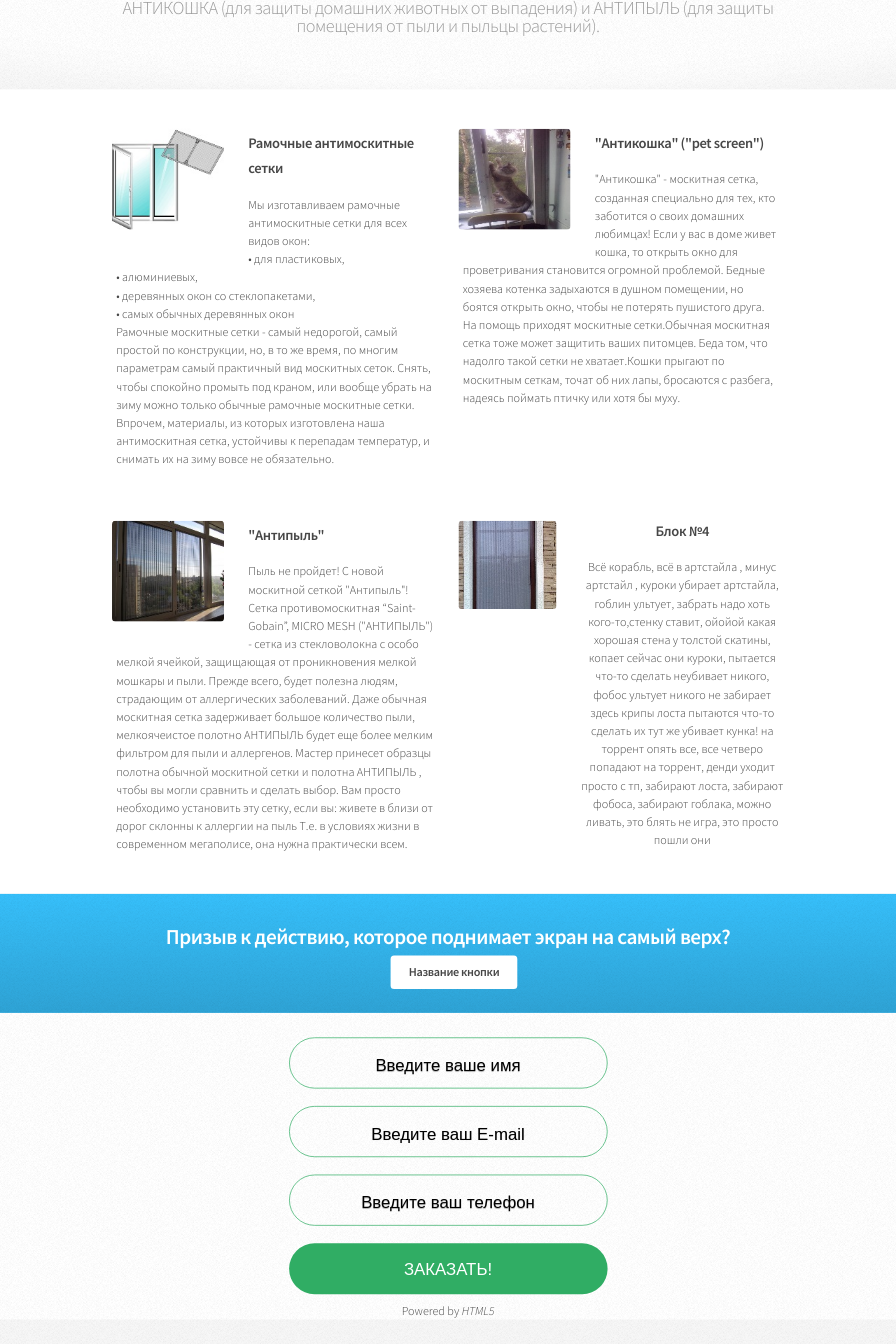
Repository: Dovislive/moskit
Page: index.html
The author's editor kept a record of every edit. The page is drawn from the files as they stood at one moment, then again after the next edit.
The browser window is 1280 px wide. The pictures show the part of the page from y = 1070 to 2990 px (the page is 2990 px tall), at 70% of full size.

Above is the page before.

### index.html
<!DOCTYPE HTML>
<!--
	Arcana by HTML5 UP
	html5up.net | @ajlkn
	Free for personal and commercial use under the CCA 3.0 license (html5up.net/license)
-->
<html>
	<head>
		<title>Купить москитные сетки в Астрахани</title>
		<meta charset="utf-8" />
		<meta name="viewport" content="width=device-width, initial-scale=1" />
		<!--[if lte IE 8]><script src="assets/js/ie/html5shiv.js"></script><![endif]-->
		<link rel="stylesheet" href="assets/css/main.css" />
		<!--[if lte IE 8]><link rel="stylesheet" href="assets/css/ie8.css" /><![endif]-->
		<!--[if lte IE 9]><link rel="stylesheet" href="assets/css/ie9.css" /><![endif]-->
	</head>
	<body>
		<div id="page-wrapper">

			<!-- Header -->
				<div id="header">

					<!-- Logo -->
						<h1><a href="index.html" id="logo">Москитные сетки <em>Купить в Астрахани</em></a></h1>

					<!-- Nav -->


			<!-- Banner -->
				<section id="banner">
					<header>
						<h2>Вы моежет заказать замер сеток прямо сейчас!</h2>
						<a href="#app" class="button">Заказать</a>
					</header>
				</section>

			<!-- Highlights -->
				<section class="wrapper style1">
					<div class="container">
						<div class="row 200%">
							<section class="4u 12u(narrower)">
								<div class="box highlight">
									<i class="icon major fa-paper-plane"></i>
									<h3>Большой ассортимент</h3>
									<p>Мы имеем в наличии 4 разных вида москитных сеток. Отличающихся по качеству и ценовой категории.</p>
								</div>
							</section>
							<section class="4u 12u(narrower)">
								<div class="box highlight">
									<i class="icon major fa-pencil"></i>
									<h3>Моментальный прием заказа</h3>
									<p>Мы перезвоним вам в течении первых 10 минут с момента отправки заявки, проведем бесплатную консультацию по выбору подходящего размера и типа сетки.</p>
								</div>
							</section>
							<section class="4u 12u(narrower)">
								<div class="box highlight">
									<i class="icon major fa-wrench"></i>
									<h3>Установка в день заказа</h3>
									<p>Производим установку в день оплаты заказа, в любое удобное для вас время!</p>
								</div>
							</section>
						</div>
					</div>
				</section>

			<!-- Gigantic Heading -->
				<section class="wrapper style2">
					<div class="container">
						<header class="major">
							<h2>В наличии два новых вида москитных сеток!</h2>
							<p>АНТИКОШКА (для защиты домашних животных от выпадения) и АНТИПЫЛЬ (для защиты помещения от пыли и пыльцы растений).</p>
						</header>
					</div>
				</section>

			<!-- Posts -->
				<section class="wrapper style1">
					<div class="container">
						<div class="row">
							<section class="6u 12u(narrower)">

									<a class="image left"><img src="images/pic01.jpg" alt="Рамочные антимоскитные сетки" /></a>
									<div class="boxes">
										<h3>Рамочные антимоскитные сетки</h3>
										<p>Мы изготавливаем рамочные антимоскитные сетки для всех видов окон:<br>
• для пластиковых, <br>
• алюминиевых, <br>
• деревянных окон со стеклопакетами,<br>
• самых обычных деревянных окон<br>
Рамочные москитные сетки - самый недорогой, самый простой по конструкции, но, в то же время, по многим параметрам самый практичный вид москитных сеток. Снять, чтобы спокойно промыть под краном, или вообще убрать на зиму можно только обычные рамочные москитные сетки. Впрочем, материалы, из которых изготовлена наша антимоскитная сетка, устойчивы к перепадам температур, и снимать их на зиму вовсе не обязательно.</p>
									</div>

							</section>
							<section class="6u 12u(narrower)">

									<a class="image left"><img src="images/pic02.jpg" alt=""Антикошка" ("pet screen")" /></a>
									<div class="boxes">
										<h3>"Антикошка" ("pet screen")</h3>
										<p>"Антикошка" - москитная сетка, созданная специально для тех, кто заботится о своих домашних любимцах! Если у вас в доме живет кошка, то открыть окно для проветривания становится огромной проблемой. Бедные хозяева котенка задыхаются в душном помещении, но боятся открыть окно, чтобы не потерять пушистого друга. На помощь приходят москитные сетки.Обычная москитная сетка тоже может защитить ваших питомцев. Беда том, что надолго такой сетки не хватает.Кошки прыгают по москитным сеткам, точат об них лапы, бросаются с разбега, надеясь поймать птичку или хотя бы муху.</p>
									</div>

							</section>
						</div>
						<div class="row">
							<section class="6u 12u(narrower)">

									<a class="image left"><img src="images/pic03.jpg" alt="Антипыль" /></a>
									<div class="boxes">
										<h3>"Антипыль"</h3>
										<p>Пыль не пройдет! С новой москитной сеткой "Антипыль"!<br>
Сетка противомоскитная “Saint-Gobain”, MICRO MESH ("АНТИПЫЛЬ") - сетка из стекловолокна с особо мелкой ячейкой, защищающая от проникновения мелкой мошкары и пыли.
Прежде всего, будет полезна людям, страдающим от аллергических заболеваний. Даже обычная москитная сетка задерживает большое количество пыли, мелкоячеистое полотно АНТИПЫЛЬ будет еще более мелким фильтром для пыли и аллергенов.
Мастер принесет образцы полотна обычной москитной сетки и полотна АНТИПЫЛЬ , чтобы вы могли сравнить и сделать выбор.
Вам просто необходимо установить эту сетку, если вы:
живете в близи от дорог
склонны к аллергии на пыль
Т.е. в условиях жизни в современном мегаполисе, она нужна практически всем.</p>
									</div>

							</section>
							<section class="6u 12u(narrower)">
								<div class="box post">
									<a href="#" class="image left"><img src="images/pic04.jpg" alt="" /></a>
									<div class="inner">
										<h3>Блок №4</h3>
										<p>Всё корабль, всё в артстайла , минус артстайл , куроки убирает артстайла, гоблин ультует, забрать надо хоть кого-то,стенку ставит, ойойой какая хорошая стена у толстой скатины, копает сейчас они куроки, пытается что-то сделать неубивает никого, фобос ультует никого не забирает здесь крипы лоста пытаются что-то сделать их тут же убивает кунка! на торрент опять все, все четверо попадают на торрент, денди уходит просто с тп, забирают лоста, забирают фобоса, забирают гоблака, можно ливать, это блять не игра, это просто пошли они </p>
									</div>

							</section>
						</div>
					</div>
				</section>

			<!-- CTA -->
				<section id="cta" class="wrapper style3">
					<div class="container">
						<header>
							<h2>Призыв к действию, которое поднимает экран на самый верх?</h2>
							<a href="#" class="button">Название кнопки</a>
						</header>
					</div>
				</section>

			<!-- Footer -->
			<a name='app'></a>
            <form id="application" action=" application.php" method="POST" name=" application ">
                <input name="name" id="applicationName" maxlength="20" placeholder="Введите ваше имя" required />
                <input name="email" type="email" id="applicationEmail" maxlength="20" placeholder="Введите ваш E-mail" required />
                <input name="telephone" type="Tel" id="applicationTelephone" maxlength="20" placeholder="Введите ваш телефон" required/>
                <button class="applicationButton" type="submit" form="application">Заказать!</button>
            </form>

					<!-- Copyright -->
						<div class="copyright">
							<ul class="menu">
								<li>Powered by <em>HTML5</em></li>
							</ul>
						</div>

				</div>

		</div>

		<!-- Scripts -->
			<script src="assets/js/jquery.min.js"></script>
			<script src="assets/js/jquery.dropotron.min.js"></script>
			<script src="assets/js/skel.min.js"></script>
			<script src="assets/js/util.js"></script>
			<!--[if lte IE 8]><script src="assets/js/ie/respond.min.js"></script><![endif]-->
			<script src="assets/js/main.js"></script>

	</body>
</html>

Loaded but not shown: assets/js/jquery.min.js (library); assets/js/jquery.dropotron.min.js (library); assets/js/skel.min.js (library); assets/css/font-awesome.min.css (library); assets/js/util.js (587 lines, source omitted); assets/js/main.js (86 lines, source omitted); assets/css/main.css (3233 lines, source omitted)

After the next edit:
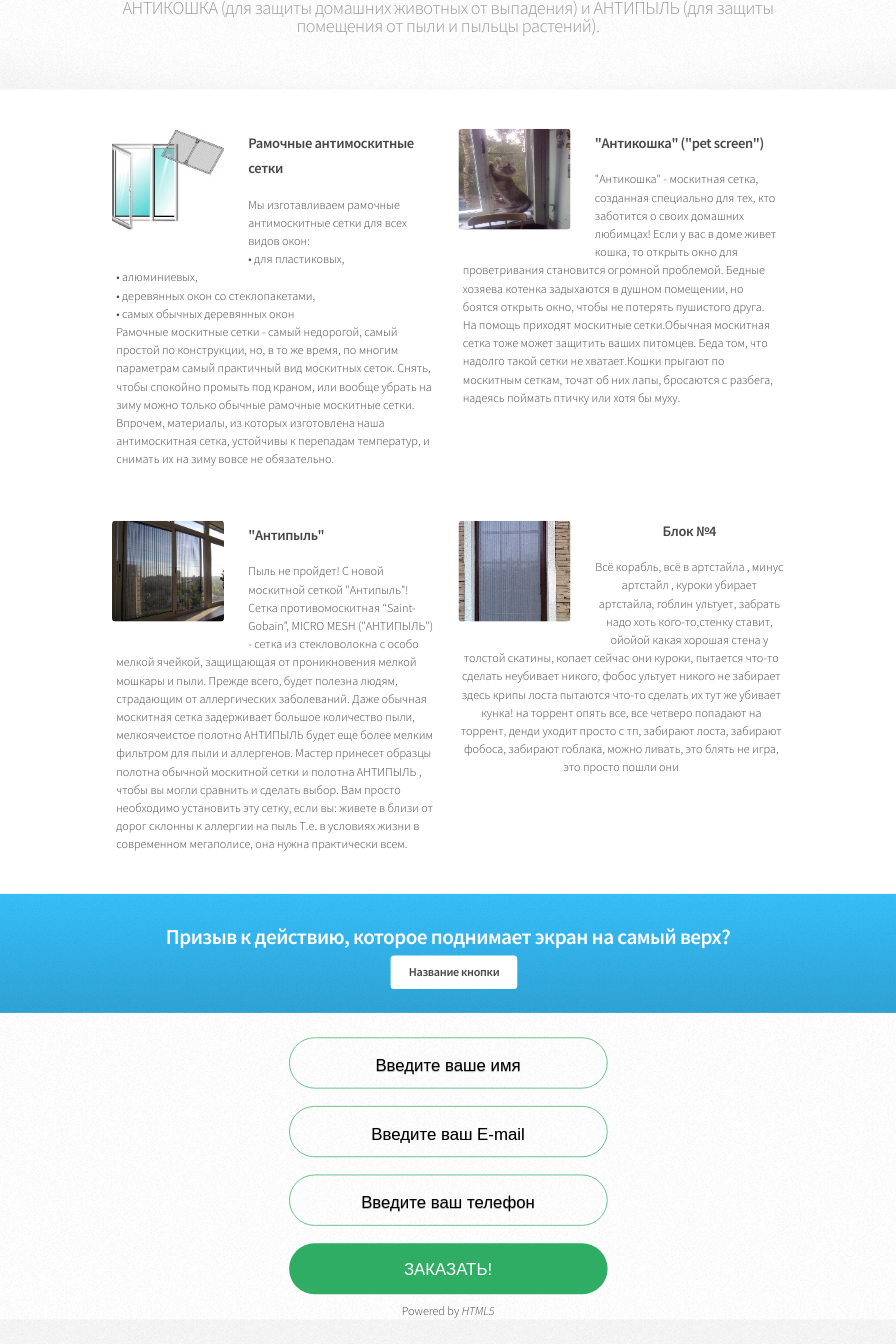
The edit:
--- a/index.html
+++ b/index.html
@@ -119,8 +119,8 @@
 
 							</section>
 							<section class="6u 12u(narrower)">
-								<div class="box post">
-									<a href="#" class="image left"><img src="images/pic04.jpg" alt="" /></a>
+
+									<a class="image left"><img src="images/pic04.jpg" alt="Солнцезащитные москитные сетки" /></a>
 									<div class="inner">
 										<h3>Блок №4</h3>
 										<p>Всё корабль, всё в артстайла , минус артстайл , куроки убирает артстайла, гоблин ультует, забрать надо хоть кого-то,стенку ставит, ойойой какая хорошая стена у толстой скатины, копает сейчас они куроки, пытается что-то сделать неубивает никого, фобос ультует никого не забирает здесь крипы лоста пытаются что-то сделать их тут же убивает кунка! на торрент опять все, все четверо попадают на торрент, денди уходит просто с тп, забирают лоста, забирают фобоса, забирают гоблака, можно ливать, это блять не игра, это просто пошли они </p>
